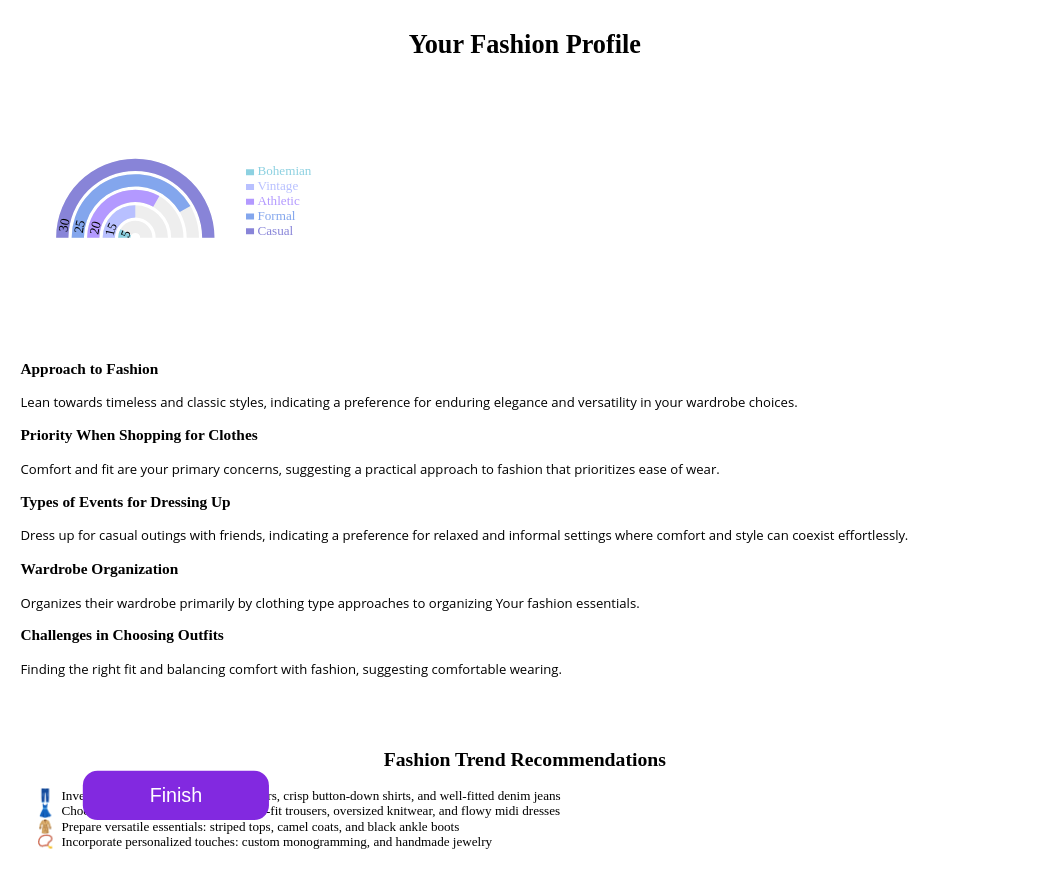
Repository: navnneett/clotho
Page: /QuizQuestions/Chart
An editor plug-in stored every save of this project. The page is shown before and after the next save, followed by the edit.
The browser window is 1280 px wide. The pictures show the whole page, at 82% of full size.
The project was rebuilt for these pictures with package versions that can differ from the ones it lists, and the page was loaded fresh each time. The framework's server and built-in components were replaced by stand-ins that run in the browser. Also part of the build but not shown: next.config.js, next.config.mjs.

Above is the page before, as saved 2024-04-07 11:16:12.

After the next save:
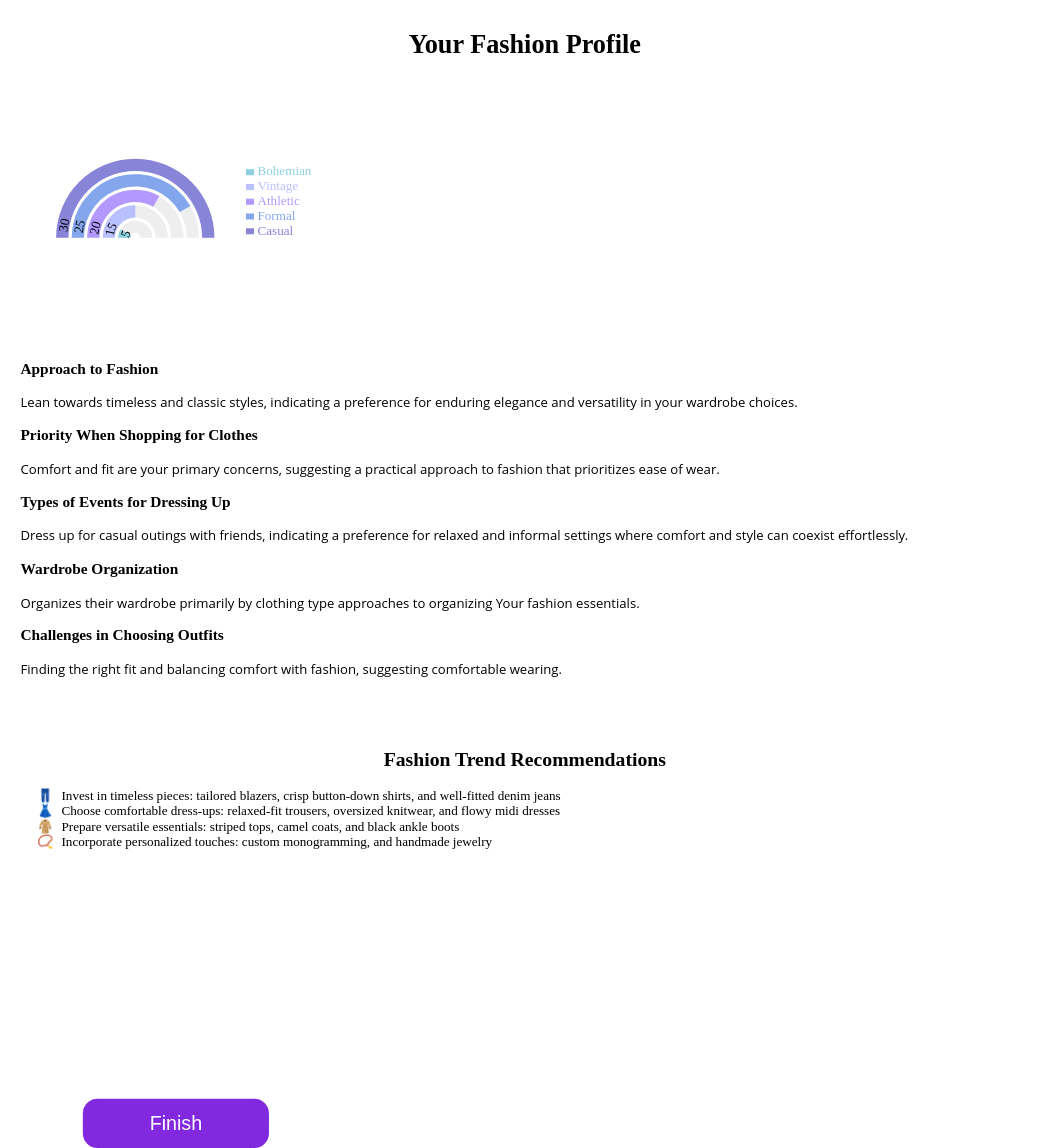
Saved 16 s later.
--- a/styles/Chart.module.css
+++ b/styles/Chart.module.css
@@ -43,6 +43,6 @@
 
 .buttonPosition {
     position: absolute;
-    bottom: calc(100vh - 1000px);
+    bottom: calc(100vh - 1400px);
     left: 101px;
 }
